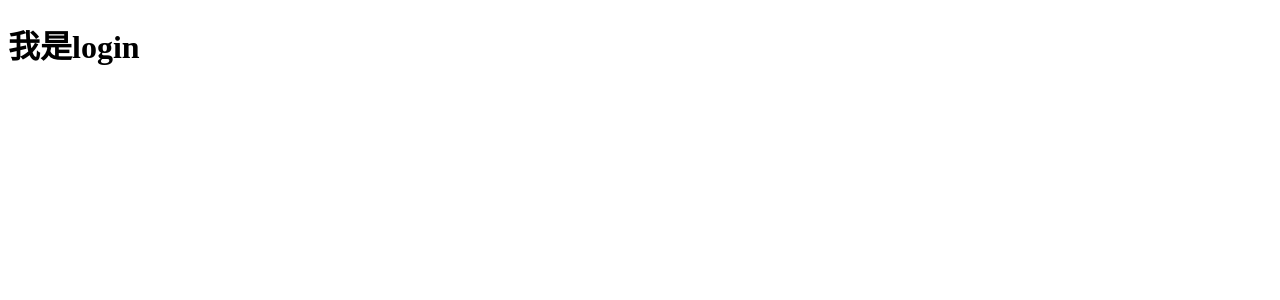
Repository: fushangersheng/test2
Page: login.html
These files come from the project's save history. The page is drawn as it stood at one moment and after a run of saves; the edit follows.
The browser window is 1280 px wide. The pictures show the whole page.

Above is the page before, as saved 2022-05-28 19:02:24.

### login.html
<!DOCTYPE html>
<html lang="en">
<head>
    <meta charset="UTF-8">
    <meta http-equiv="X-UA-Compatible" content="IE=edge">
    <meta name="viewport" content="width=device-width, initial-scale=1.0">
    <title>Document</title>
</head>
<body>
    <h1>我是login</h1>
</body>
</html>

After the next 3 saves:
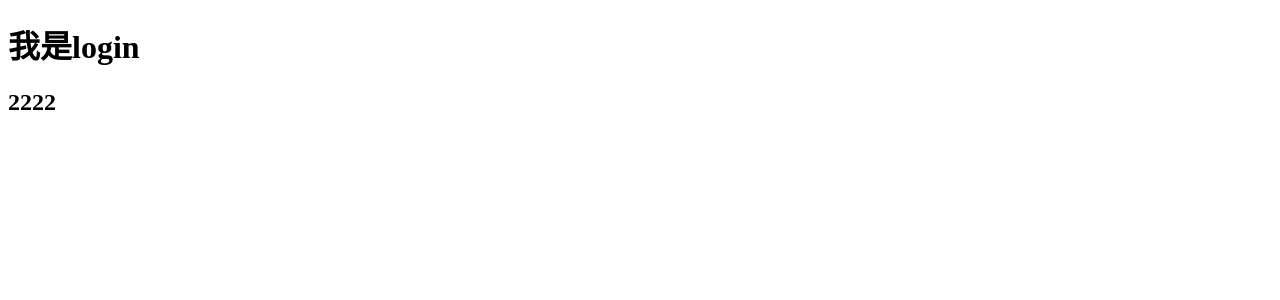
The 3 saves are shown as one change because they came seconds apart.
The last was saved 6 min 26 s later.
--- a/login.html
+++ b/login.html
@@ -8,5 +8,6 @@
 </head>
 <body>
     <h1>我是login</h1>
+    <h2>2222</h2>
 </body>
 </html>
